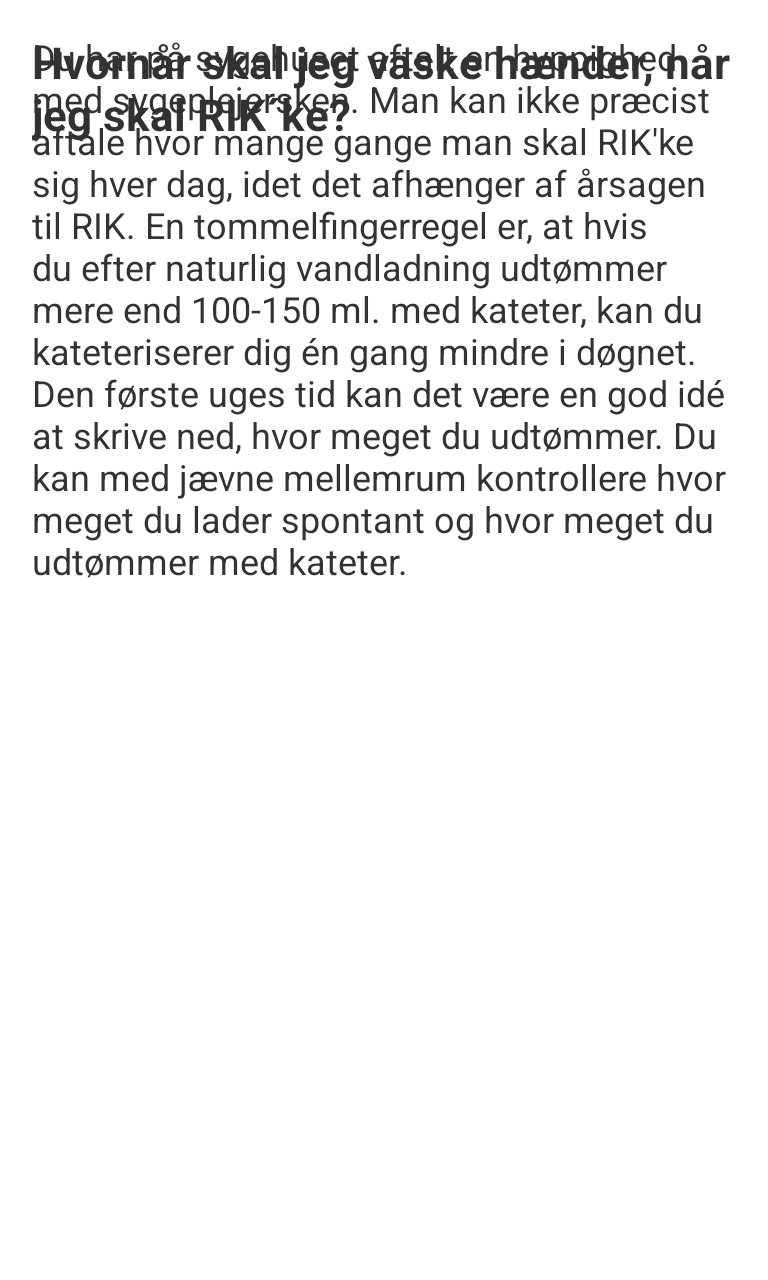
Repository: KingApollo/RIKapp2
Layout: RIKapp/res/layout/activity_when_wash_hands.xml
The author's editor kept a copy of each file at every save. The layout is drawn from the files as they stood at one save, then again after the next save.
It is drawn on a 768 x 1280 px phone screen (xhdpi) without system bars, with theme android:Theme.Light.NoTitleBar; the app's code is not run.

Above is the layout before, as saved 2014-10-10 12:35:26.

After the next save:
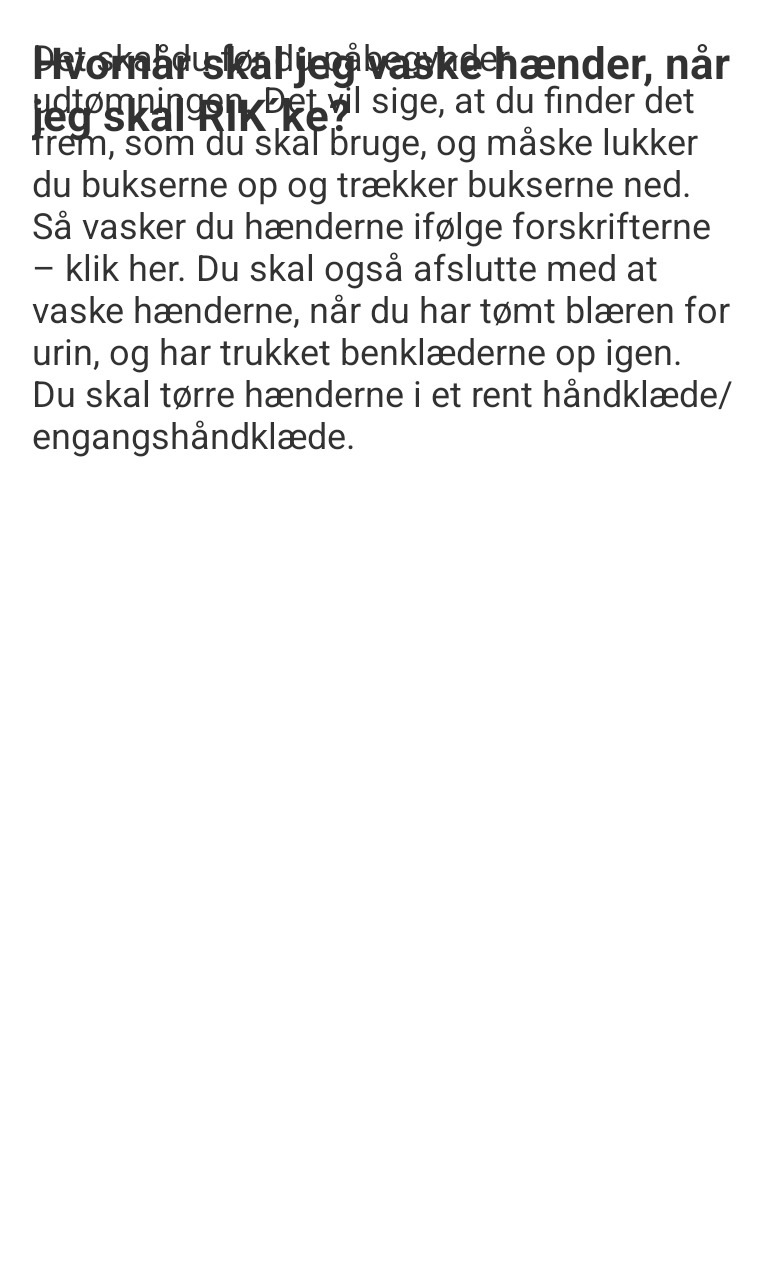
Saved 7 s later.
--- a/RIKapp/res/layout/activity_when_wash_hands.xml
+++ b/RIKapp/res/layout/activity_when_wash_hands.xml
@@ -20,7 +20,7 @@
     android:id="@+id/tvWhenHandWashAnswer"
     android:layout_width="wrap_content"
     android:layout_height="wrap_content"
-    android:text="@string/howOftenAnswer"
+    android:text="@string/whenHandWashAnswer"
     android:layout_below="@+id/tvHowOftenQuestion"
     android:textSize="18sp"
     />
